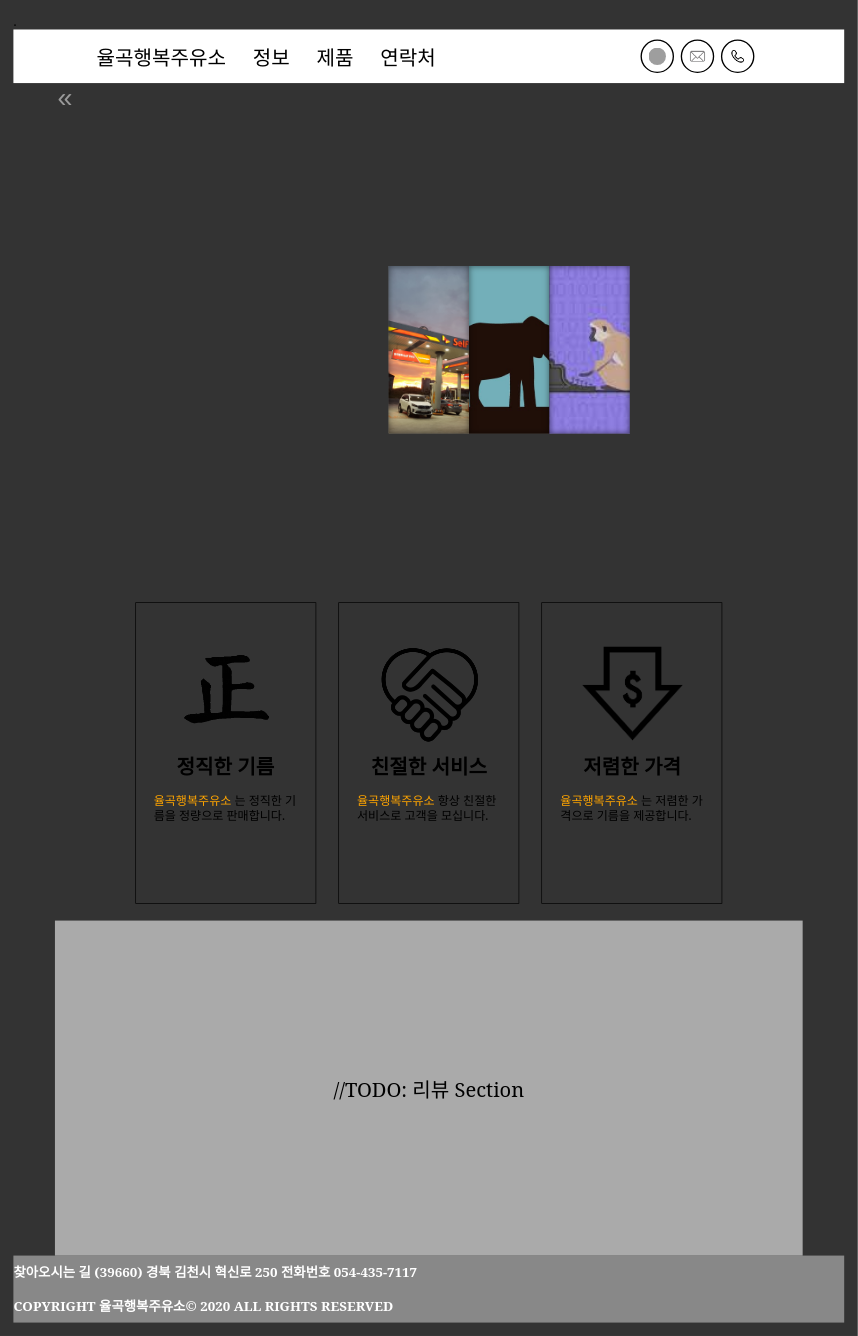
Repository: randomUser134923/pet-projects
Page: pet-projects/web1/index.html
The author's editor kept a record of every edit. The page is drawn from the files as they stood at one moment, then again after the next edit.
The browser window is 1280 px wide. The pictures show the whole page, at 67% of full size.
Pictures or frames that could not be fetched are drawn as grey boxes.

Above is the page before.

### pet-projects/web1/index.html
<!DOCTYPE html>
<html>
    <head>
        <meta charset="utf-8"/>
        <link rel="stylesheet" href="./css/style.css" type="text/css" />
        <link rel="stylesheet" href="./css/banner.css" type="text/css" />
          <link rel="stylesheet" href="https://cdnjs.cloudflare.com/ajax/libs/animate.css/4.1.1/animate.min.css" />
        <script type="text/javascript" src="./js/jquery-3.5.1.js"></script>
        <script src="https://cdnjs.cloudflare.com/ajax/libs/modernizr/2.8.3/modernizr.min.js"></script>.
        <script type="text/javascript" src="./js/banner.js"></script>


    </head>

    <body>
        <header>
            <div class="menu-wrapper">
                <ul class="menu-bar">
                    <li class="home_cont"><a href="#" class="home">율곡행복주유소</a></li>
                    <li class="about_cont"><a href="#" class="about">정보</a></li>
                    <li class="offer_cont"><a href="#" class="offer">제품</a></li>
                    <li class="contract_cont"><a href="#" class="contact">연락처</a></li>
                </ul>

                <ul class="icon-bar">
                    <li><img class="map-icon" src="./images/map.png" /></li>
                    <li><img class="mail-icon" src="./images/mail.png" /></li>
                    <li><img class="call-icon" src="./images/call.png" /></li>
                </ul>

            </div>

        </header>

        <div class="content-wrapper">
            <button onclick="prev()">&laquo;</button>
            <div class="scroller">
                <ul class="items">
                    <li class="item" style="background-image:url(./images/gas-station-1.jpg);"></li>
                    <li class="item" style="background-image:url(./images/img2.jpg);"></li>
                    <li class="item" style="background-image:url(./images/img3.jpg);"></li>
                </ul>
            </div>

            <div class="values">
                <div class="value1">
                    <div class ="value1-icon">
                        <img class= "value-icon-common" src="./images/honest.png"/>
                    </div>
                    <div class="value-text-container">
                        <div class="value-text-container-header">
                            정직한 기름
                        </div>
                        <div class="value-text-container-explain">
                            <p><span class="gas-station-name">율곡행복주유소</span> 는 정직한 기름을 정량으로 판매합니다.</p>
                        </div>
                    </div>
                </div>

                <div class="value2">
                    <div class ="value2-icon">
                        <img class= "value-icon-common" src="./images/kind.png"/>
                    </div>
                    <div class="value-text-container">
                        <div class="value-text-container-header">
                            친절한 서비스
                        </div>
                        <div class="value-text-container-explain">
                            <p><span class="gas-station-name">율곡행복주유소</span> 항상 친절한 서비스로 고객을 모십니다.</p>
                        </div>
                    </div>
                </div>

                <div class="value3">
                    <div class ="value3-icon">
                        <img class= "value-icon-common" src="./images/cheap.png"/>
                    </div>
                    <div class="value-text-container">
                        <div class="value-text-container-header">
                            저렴한 가격
                        </div>
                        <div class="value-text-container-explain">
                            <p><span class="gas-station-name">율곡행복주유소</span> 는 저렴한 가격으로 기름을 제공합니다.</p>
                        </div>
                    </div>
                </div>
            </div>

            <div class="reviews">
                <div class="review-text">
                    //TODO: 리뷰 Section
                </div>
            </div>

        </div>

        <footer>
            <div class="footer_explain">
                <p>
                    <span class="address">찾아오시는 길</span> (39660) 경북 김천시 혁신로 250
                    <span class="phone">전화번호</span> 054-435-7117 <br>
                </p>
            </div>

            <div class="copyright">
                COPYRIGHT <span>율곡행복주유소</span><span>&copy</span> 2020 ALL RIGHTS RESERVED
            </div>
        </footer>
    </body>
</html>

### pet-projects/web1/css/style.css
/* https://freefrontend.com/css-sliders/ */


* {
    padding: 0;
    margin:0;
    box-sizing: border-box;
}

@font-face { font-family: 'NanumBarunGothic';
src: url('/fonts/NanumBarunGothic.eot');
src: url('/fonts/NanumBarunGothic.eot') format('embedded-opentype'),
url('/fonts/NanumBarunGothic.woff') format('woff');}



header {
    display: flex;
    align-items: center;
    justify-content: center;
    height: 80px;
    width: 100%;
    background-color: #FFFFFF;
}

body {
    font-family: 'NanumGothic', 'serif';

}

ul {
    list-style-type: none;
    text-decoration: none;
}


a {
    text-decoration: none;
}

.menu-wrapper {
    display: flex;
    flex-direction: row;
    width: 80%;
    justify-content: space-between;
    align-items: center;
}

.menu-bar {
    display: flex;
    flex-direction: row;
    align-items: center;
}

.icon-bar {
    display: flex;
    flex-direction: row;
    align-items: center;
}

.map-icon , .call-icon , .mail-icon {
    display: flex;
    justify-content: center;
    align-items: center;
    width: 50px;
    height: 50px;
    padding: 10px;
    mix-blend-mode: multiply;
    border: 2px solid black;
    border-radius: 50px;
    margin-right: 10px;
}

.menu-bar li a {
    color: black;
}

.menu-bar li a:hover {
    color: blue;
}


.home , .about, .offer, .contact {
    display: flex;
    justify-content: center;
    align-items: center;
    font-size: 30px;
    margin-right: 40px;
}



.contact {
    margin-right: 0px;
}

.content-wrapper {

    position: relative;
    display: flex;
    flex-direction: column;
    height: 1750px;

}

/*                           Sliding banner                           */
.scroller {
    position: relative;
    display: flex;
    overflow:hidden;
    flex-wrap: nowrap;
    width: 100%;
    height: 750px;
}



/* ------------------------------------------------------------------- */

.values {
    display: flex;
    justify-content: center;
    align-items: center;
    height: 500px;
}


.value1 , .value2 , .value3 {
    position: relative;
    display:flex;
    justify-content: center;
    align-items: flex-end;
    border: 1px solid black;
    width: 270px;
    height: 90%;
    margin-right: 3%;
}

.value-text-container {
    display:flex;;
    flex-direction: column;
    align-items: center;
    width: 80%;
    height: 50%;
    font-size: 18px;
    line-height: 1.3;
}


.value-text-container-header {
    display:flex;
    font-weight: bold;
    font-size: 30px;

}

.value-text-container-explain {
    display:flex;
    margin-top: 20px;
}


.value3 {
    margin-right:0px;
}

.value1-icon , .value2-icon , .value3-icon {
    position: absolute;
    left: 50px;
    top: 50px;
    display: flex;
    justify-content: center;
    align-items: center;

    width: 170px;
    height: 170px;
}

.value-icon-common {
    width: 150px;
    height: 150px;
    mix-blend-mode: multiply;
}

.reviews {
    display: flex;
    justify-content: center;
    align-items: center;
    flex-direction: column;
    height: 500px;
    background-color: #AAAAAA;
}

.review-text {
    display: flex;
    justify-content: center;
    align-items: center;
    height: 75px;
    font-size: 30px;

}

.review-box-wrapper {
    display: flex;
    justify-content: center;
    align-items: center;
    flex-direction: row;
    width: 100%;
    height: 300px;

}

.review-box-1 {
    margin-right: 20px;
}

.review-box-1 , .review-box-2 {
    display: flex;
    justify-content: center;
    align-items: center;
    width: 40%;
    height: 100%;
}

blockquote{
  font-size: 1.4em;
  width:100%;
  height: 100%;
  margin:50px auto;
  font-style:italic;
  color: #555555;
  padding:1.2em 30px 1.2em 75px;
  border-left:8px solid #78C0A8 ;
  line-height:1.3;
  position: relative;
  background:#EDEDED;
}

blockquote::before{
  font-family:Arial;
  content: "\201C";
  color:#78C0A8;
  font-size:4em;
  position: absolute;
  left: 10px;
  top:-10px;
}

blockquote::after{
  content: '';
}

blockquote span{
  display:block;
  color:#333333;
  font-style: normal;
  font-weight: bold;
  margin-top:1em;
}


.scroller {
    display: flex;
    justify-content: center;
    align-items: center;
    height: 75px;
}
footer {
    height: 100px;
    font-size: 20px;
    text-align: left;
    color: white;
    background-color: #888888;
    font-weight: bold;
    line-height: 50px;
    vertical-align: middle;
}


.copyright {
    height: 5px;

}

.gas-station-name {
    color: orange;
    height: 16px;
}

### pet-projects/web1/css/banner.css
@import url(https://fonts.googleapis.com/css?family=Noto+Sans:400,700);
* {
  box-sizing: border-box;
  margin: 0;
  padding: 0;
}
html {
  font: 18px 'Noto Sans', Arial, sans-serif;
  background: #333;
}
body {
  padding: 20px;
}
h1 {
  text-align: center;
  color: #f0f0f0;
  margin-bottom: 1em;
}
.sticky {
  width: 100px;
  text-align: center;
  color: #be2221;
  font-size: 16px;
  background: #f0f0f0;
  line-height: 250px;
}
.content-wrapper {
  display: flex;
  align-items: stretch;
  width: 90%;
  margin: auto;
}
button {
  width: 30px;
  border: none;
  background: transparent;
  color: #fff;
  font-size: 40px;
  text-align: center;
  outline: none;
  opacity: 0.5;
  transition: opacity 300ms ease-out;
}
button:hover {
  opacity: 1;
}
.scroller {
  flex: 1;
  overflow: hidden;
}
.items {
  list-style-type: none;
  white-space: nowrap;
  font-size: 0;
  line-height: 0;
  transition: transform 1s ease-in-out;
}
.item {
  padding: 30px 20px;
  display: inline-block;
  width: 100%;
  height: 250px;
  font-size: 25px;
  letter-spacing: -0.03em;
  line-height: 1;
  font-weight: bold;
  background-size: cover;
  background-position: 50% 50%;
  text-transform: uppercase;
  box-shadow: inset 0 0 10px rgba(0, 0, 0, 0.5);
}
.item:nth-child(2) {
  color: #fff;
}

Loaded but not shown: pet-projects/web1/js/jquery-3.5.1.js (library); pet-projects/web1/js/banner.js (no stored copy; drawn as an empty file)

After the next edit:
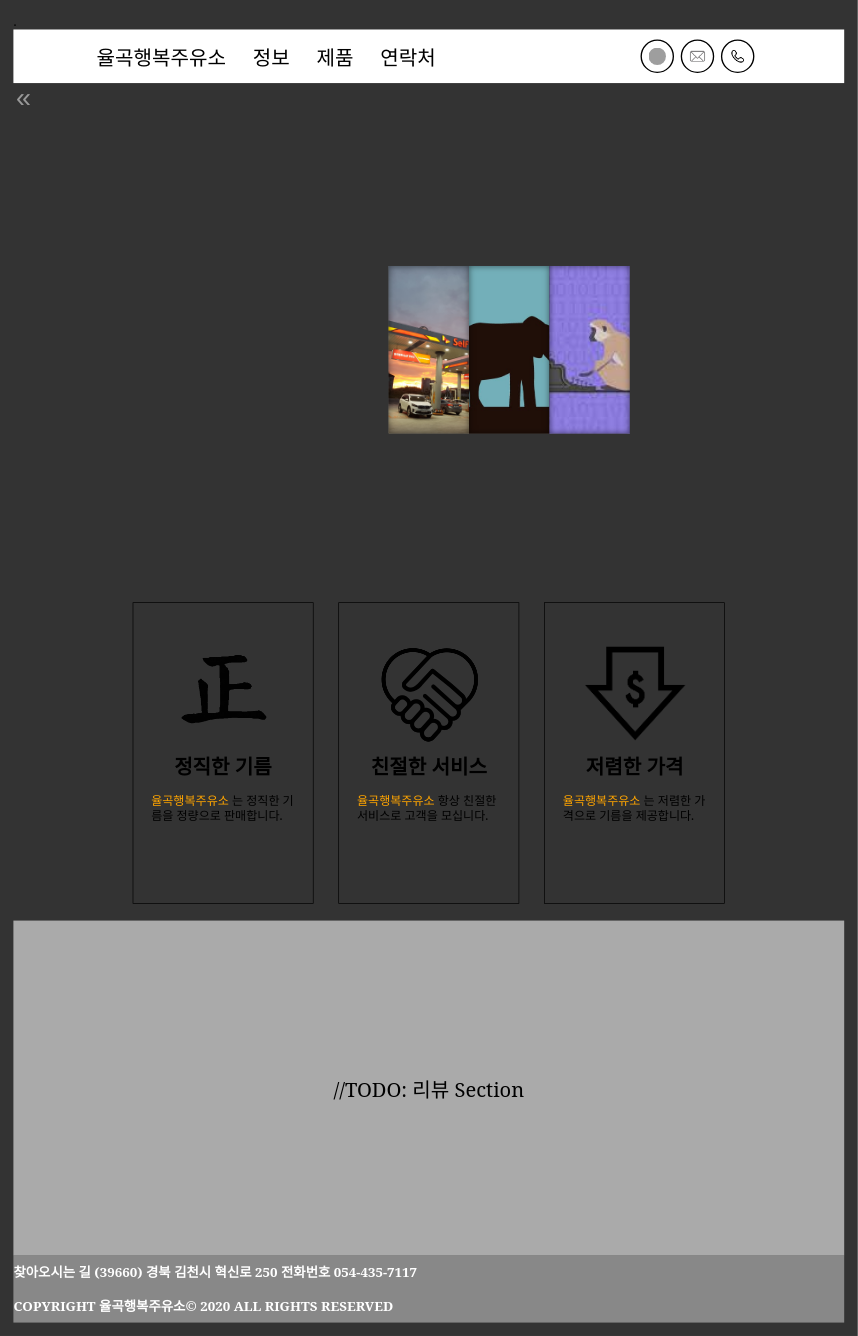
The edit:
--- a/pet-projects/web1/css/banner.css
+++ b/pet-projects/web1/css/banner.css
@@ -27,7 +27,6 @@
 .content-wrapper {
   display: flex;
   align-items: stretch;
-  width: 90%;
   margin: auto;
 }
 button {
